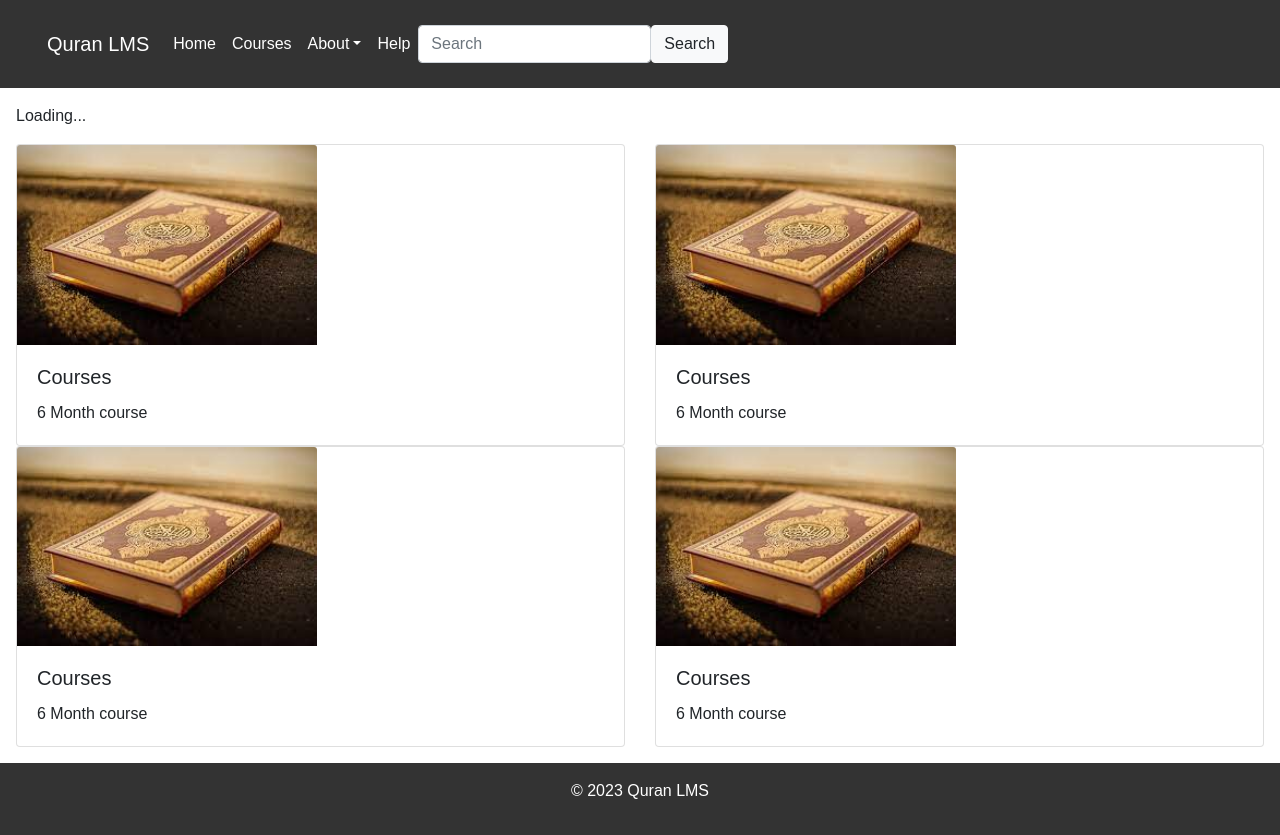
Repository: talha-mahmood/Quran-Lms-react
Page: /
An editor plug-in stored every save of this project. The page is shown before and after the next save, followed by the edit.
The browser window is 1280 px wide. The pictures show the whole page.
The page's requests for data from a server got no answer. The project was rebuilt for these pictures with package versions that can differ from the ones it lists, and the page was loaded fresh each time. No one was signed in, and anything a server would have sent is missing.

Above is the page before, as saved 2023-03-09 12:09:58.

After the next save:
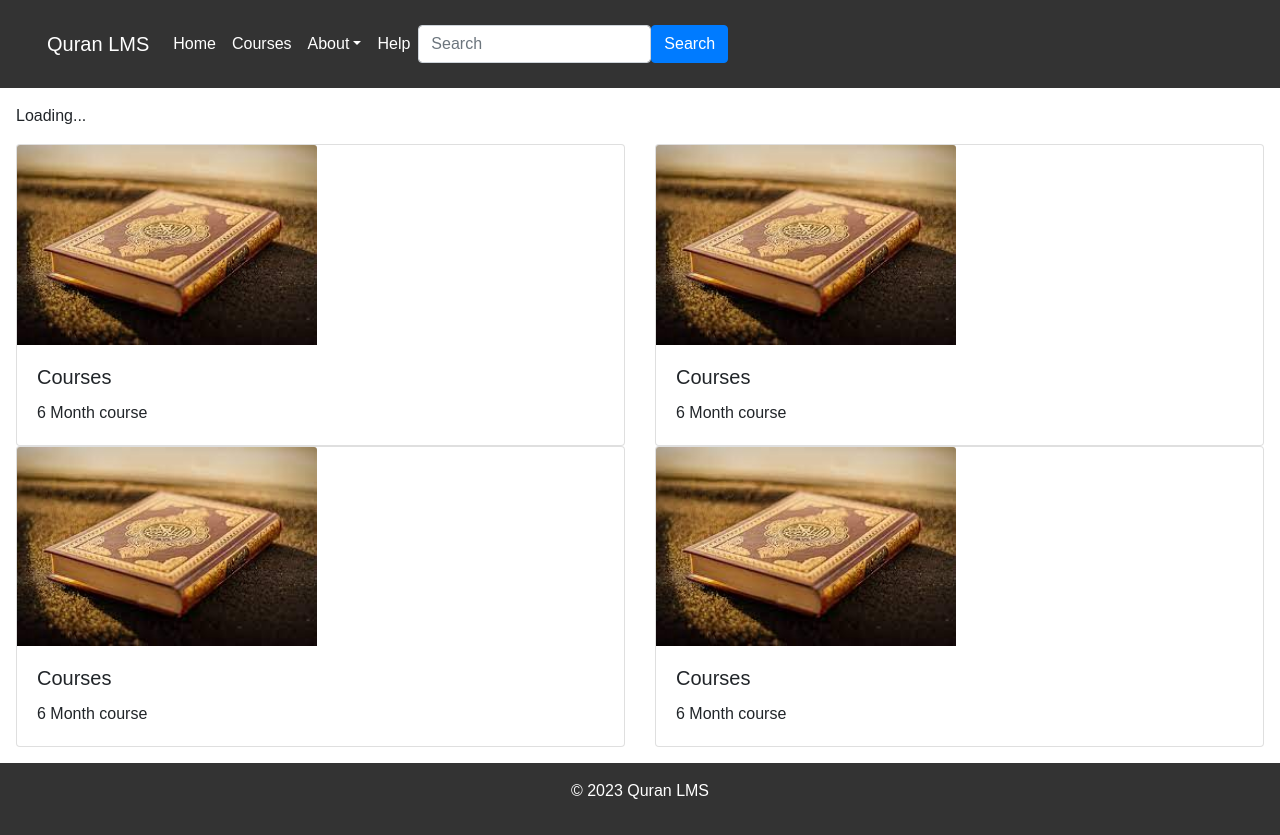
Saved 14 s later.
--- a/src/App.js
+++ b/src/App.js
@@ -68,7 +68,7 @@ class QuranLMS extends Component {
               className="me-2"
               aria-label="Search"
             />
-            <Button variant="light">Search</Button>
+            <Button variant="primary">Search</Button>
           </Form>
         </Navbar.Collapse>
       </Container>
